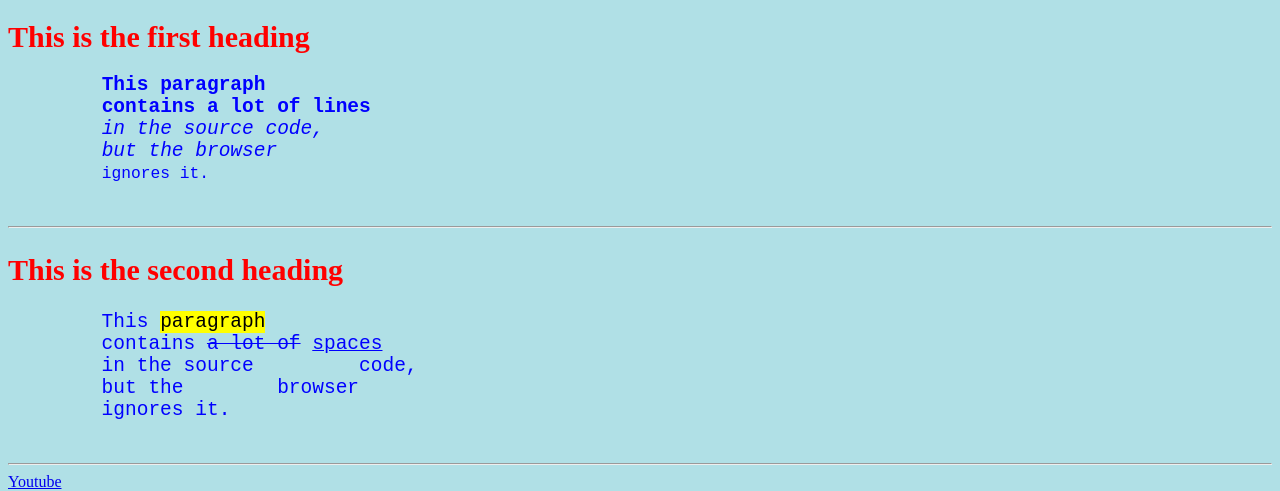
Repository: zRush1202/LoginPage-demo
Page: ex_html/index.html
These files come from the project's save history. The page is drawn as it stood at one moment and after the next save; the edit follows.
The browser window is 1280 px wide. The pictures show the part of the page from y = 0 to 491 px (the page is 765 px tall before and 769 px after).
Pictures or frames that could not be fetched are drawn as grey boxes.

Above is the page before, as saved 2023-09-05 18:55:01.

### ex_html/index.html
<!DOCTYPE html>
<html lang="en">
<head>
    <meta charset="UTF-8">
    <meta name="viewport" content="width=device-width, initial-scale=1.0">
    <title>Page Title!</title>
</head>
<body style="background-color: powderblue;">
    <h1 style="color: red; font-size: 30px; font-family:'Times New Roman', Times, serif; text-align:left;">This is the first heading</h1>
    <pre style="color: blue; font-size: 150%;"; title="I'm a tooltip">
        <b>This paragraph</b>
        <strong>contains a lot of lines</strong>
        <i>in the source code,</i>
        <em>but the browser</em>
        <small>ignores it.</small>
    </pre>
    <hr>
    <h2 style="color:red;font-size: 30px; font-family: 'Times New Roman', Times, serif;">This is the second heading</h2>
    <pre style="color: blue; font-size: 150%;">
        This <mark>paragraph</mark>
        contains <del>a lot of</del> <ins>spaces</ins>
        in the source         code,
        but the        browser
        ignores it.
    </pre>
    <hr>
    <a href="https://www.youtube.com/"> Youtube</a>
    <br>
    <img src="https://inkythuatso.com/uploads/images/2021/10/youtube-logo-inkythuatso-01-27-14-06-56.jpg" alt="Yae Miko" width="450" height="250">
    <br>

</body>
</html>

<!-- <!DOCTYPE html>
<html>
    <head>
        <title>
            Page Title!
        </title>
    </head>
    <body>
        <h1>First heading</h1>
        <p>First paragraph</p>
    </body>
</html> -->

After the next save:
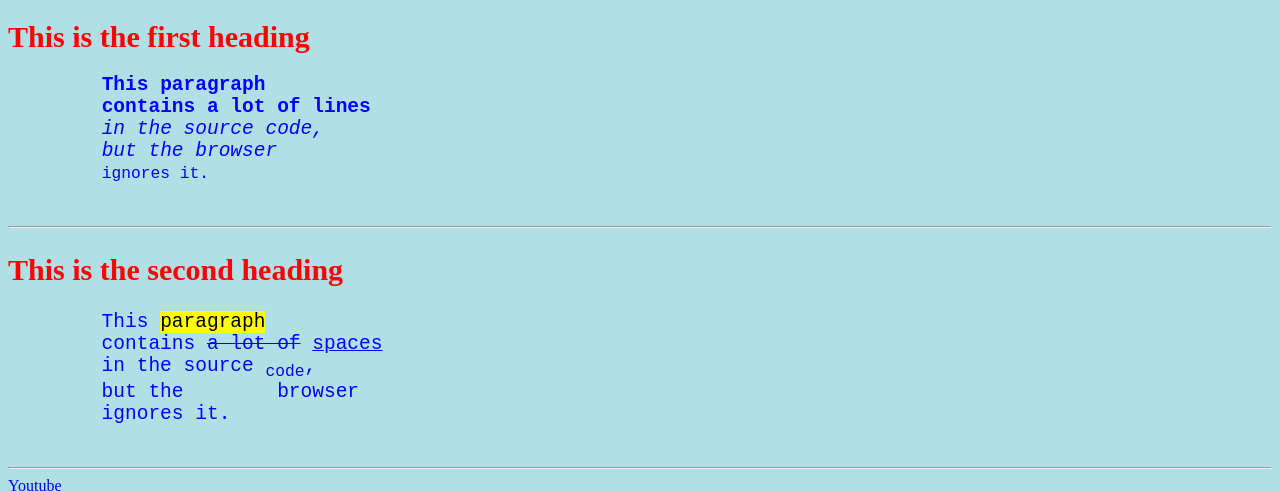
Saved 81 s later.
--- a/ex_html/index.html
+++ b/ex_html/index.html
@@ -19,7 +19,7 @@
     <pre style="color: blue; font-size: 150%;">
         This <mark>paragraph</mark>
         contains <del>a lot of</del> <ins>spaces</ins>
-        in the source         code,
+        in the source <sub>code</sub>,
         but the        browser
         ignores it.
     </pre>
